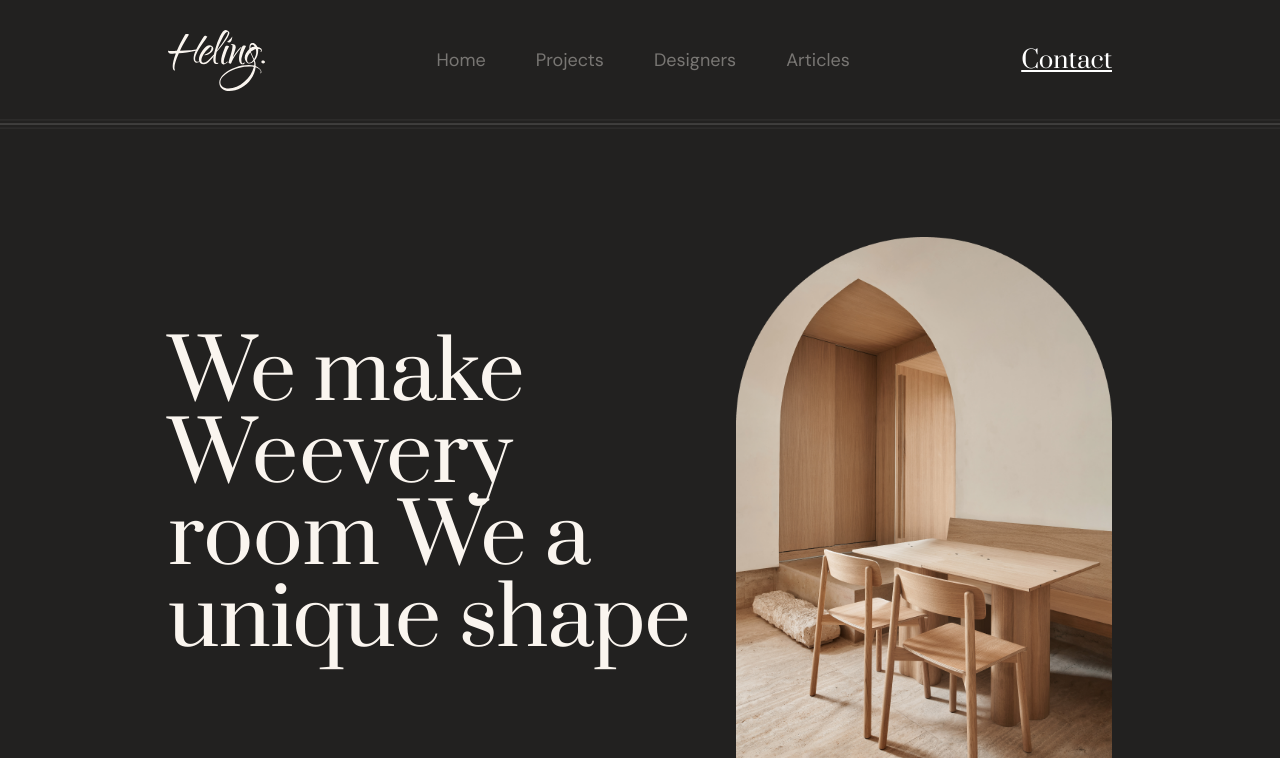
Repository: vandangnhathung/healingui_website
Page: /
An editor plug-in stored every save of this project. The page is shown before and after the next save, followed by the edit.
The browser window is 1280 px wide. The pictures show the whole page.
The project was rebuilt for these pictures with package versions that can differ from the ones it lists, and the page was loaded fresh each time. Also part of the build but not shown: src/App.css.

Above is the page before, as saved 2022-03-16 13:11:24.

After the next save:
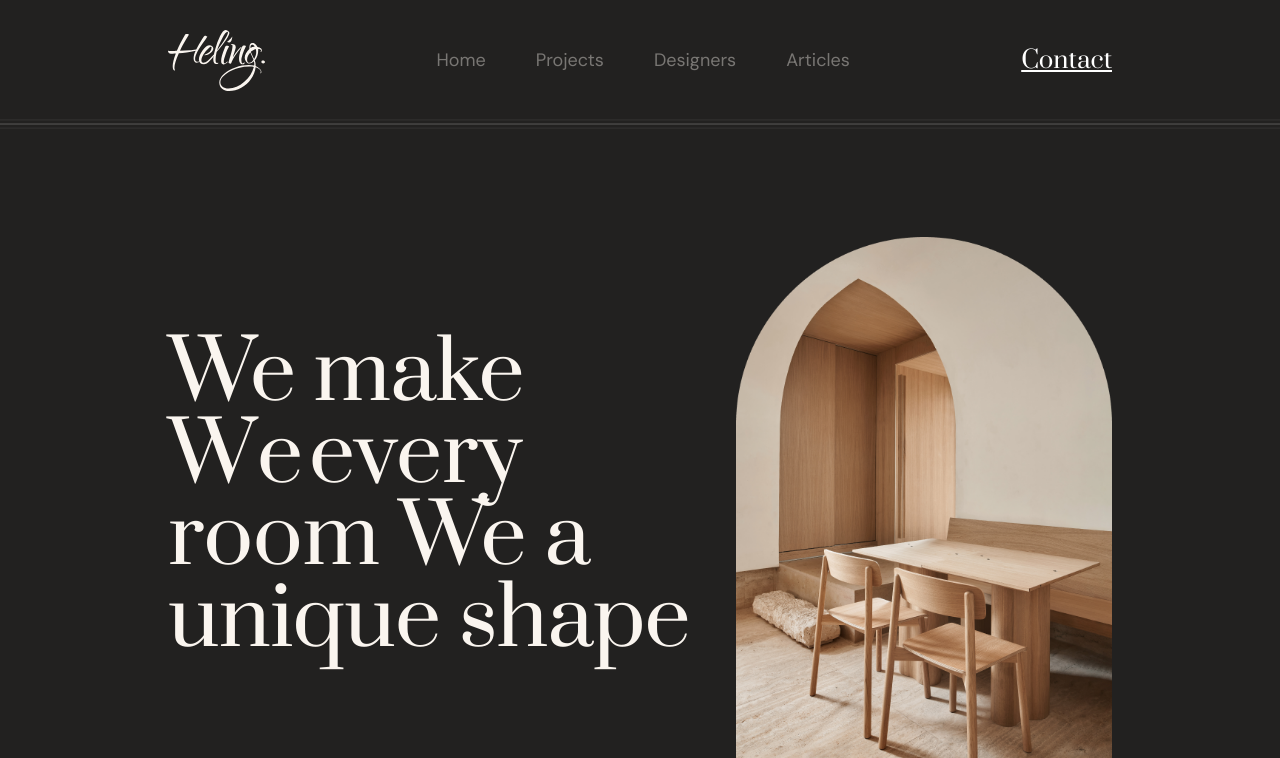
Saved 29 s later.
--- a/src/components/Container/Container.js
+++ b/src/components/Container/Container.js
@@ -33,7 +33,7 @@ const Container = () => {
         <div>
           <Slogan>
             We make{" "}
-            <span className="tracking-[0.075rem]	">
+            <span className="tracking-[0.375rem]	">
               <span>We</span>
               <span className="tracking-normal	">every room</span>
             </span>{" "}
